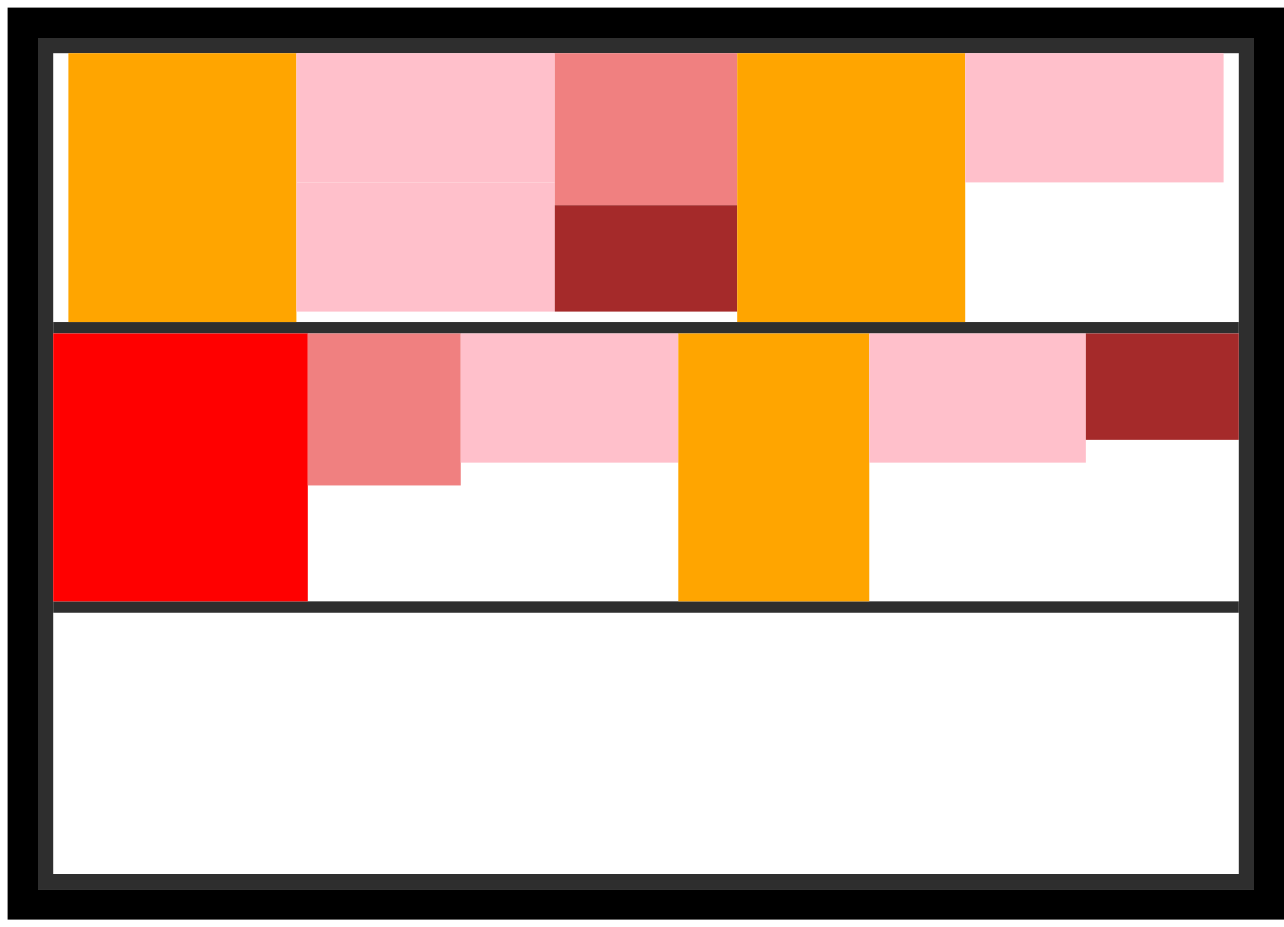
Repository: Tsardines/mondrian
Page: index.html
An editor plug-in stored every save of this project. The page is shown before and after the next save, followed by the edit.
The browser window is 1280 px wide. The page is 1352 px wide, so the pictures cover 1352 px, including what lies to the right of the window. The pictures show the whole page, at 95% of full size.
Some web fonts or font styles are not loaded; a fallback is used.

Above is the page before, as saved 2019-10-20 16:57:50.

After the next save:
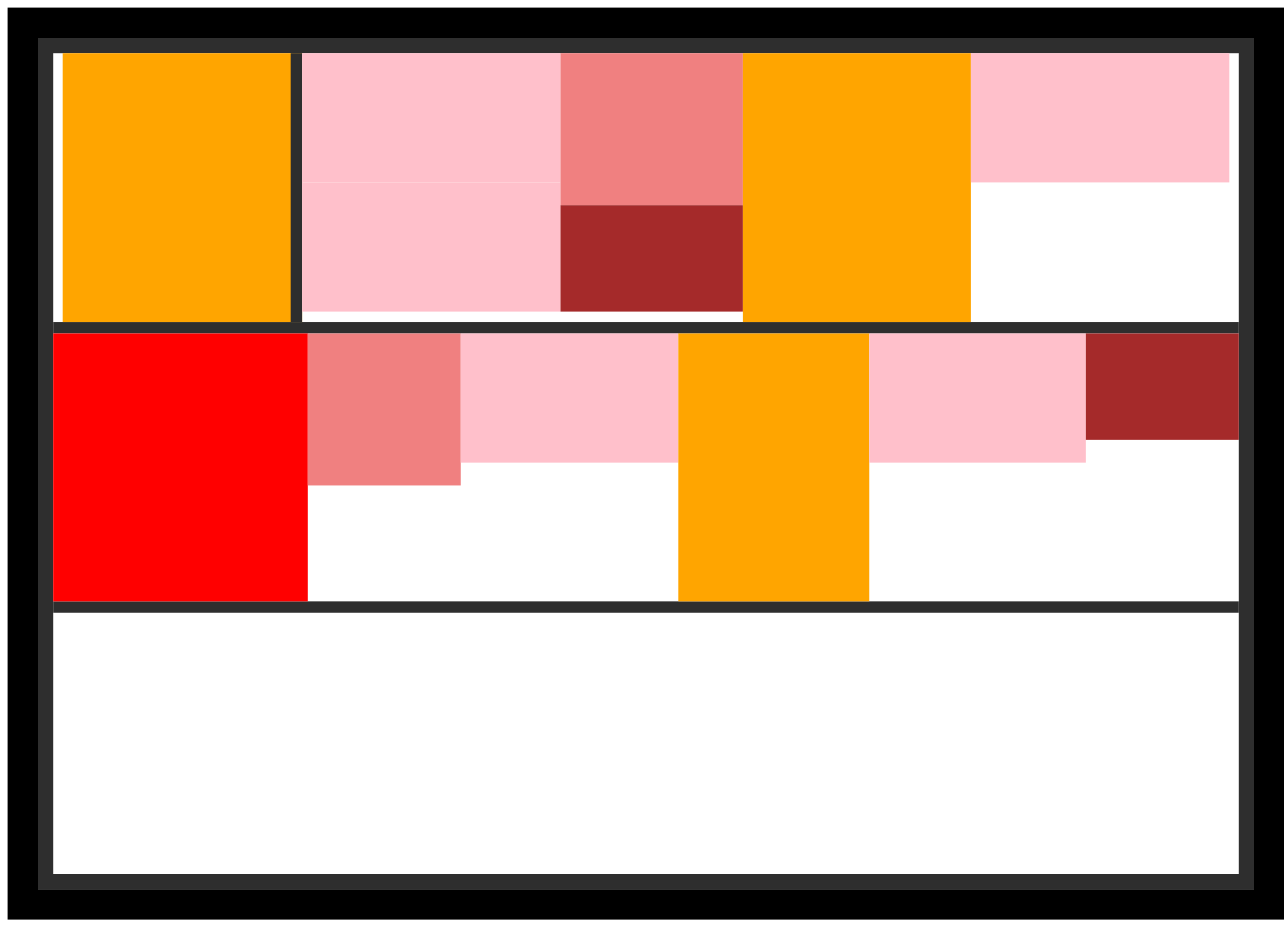
Saved 26 s later.
--- a/index.html
+++ b/index.html
@@ -16,7 +16,7 @@
     <div id="canvas">
         <div class="grid__container">
             <div class="grid__top">
-                <div class="rect--vert"></div>
+                <div class="rect--vert" style="border-right: 0.75rem solid rgb(46, 46, 46);"></div>
 
                 <div class="grid__top--cont">
                     <div class="rect--hori"></div>
